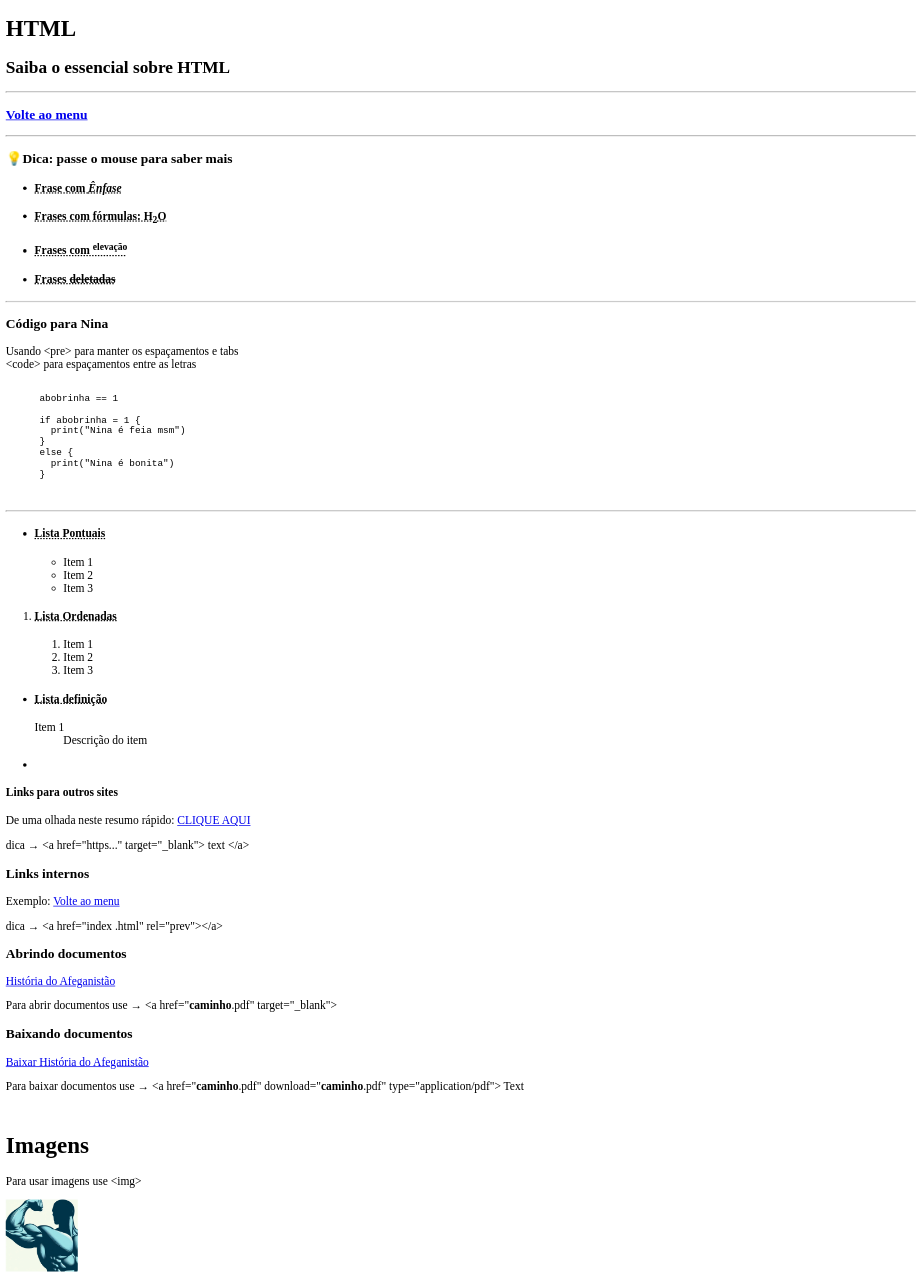
Repository: LuidyOn/Site_Forca_Total
Page: ForçaTotal/sobreHTML.html
The author's editor kept a copy of each file at every save. The page is drawn from the files as they stood at one save, then again after the next save.
The browser window is 1280 px wide. The pictures show the whole page, at 72% of full size.

Above is the page before, as saved 2025-05-15 20:42:06.

After the next save:
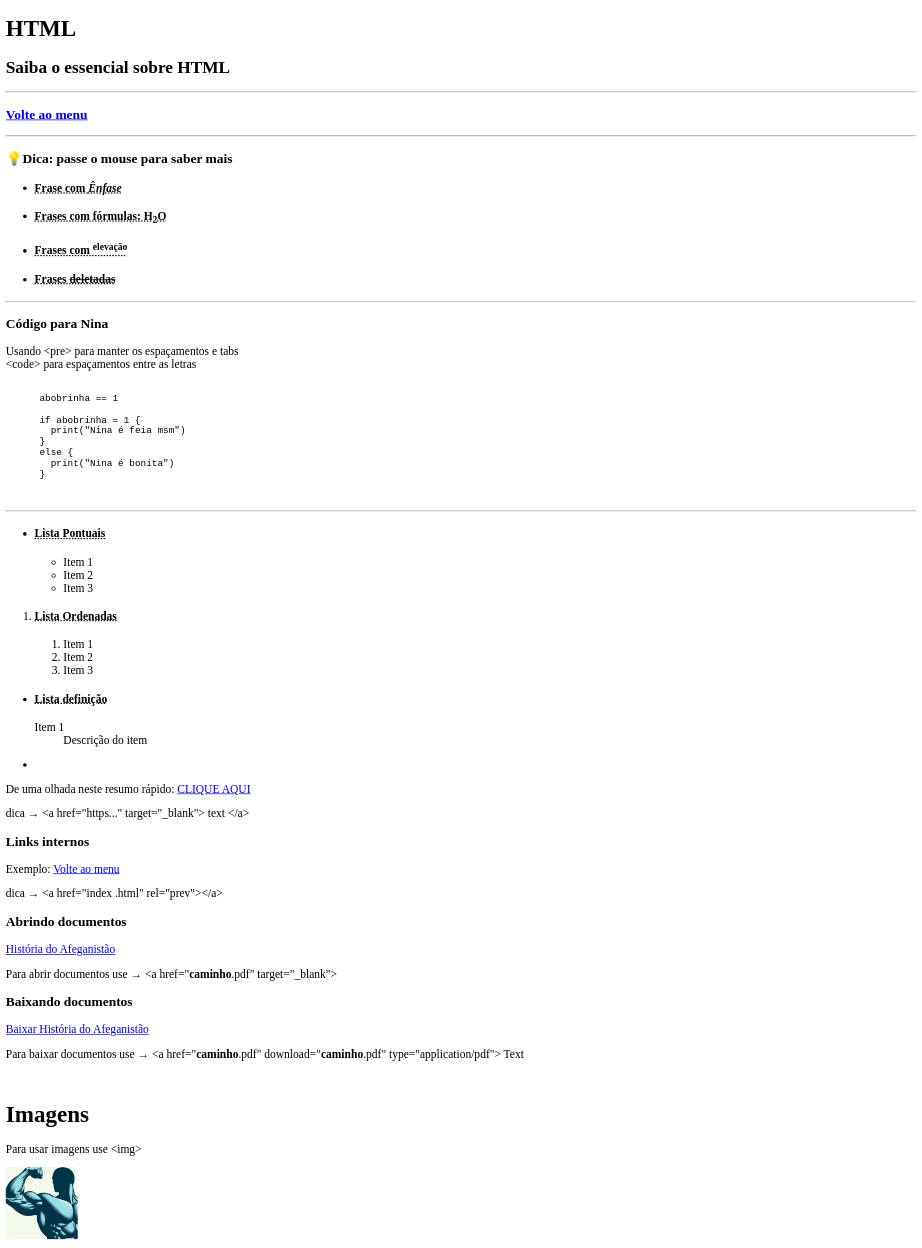
Saved 18 s later.
--- a/ForçaTotal/sobreHTML.html
+++ b/ForçaTotal/sobreHTML.html
@@ -81,7 +81,7 @@
 
 <ul><li><abbr title=""></abbr></li></ul>
 
-    <h4>Links para outros sites</h4>
+
     <p>De uma olhada neste resumo rápido: <a href="https://www.youtube.com/watch?v=dQw4w9WgXcQ" target="_blank" rel="External"> CLIQUE AQUI </a></p>
     <p>dica &rarr; &lt;a href="https..." target="_blank"&gt; text &lt;/a&gt;</p>
 
